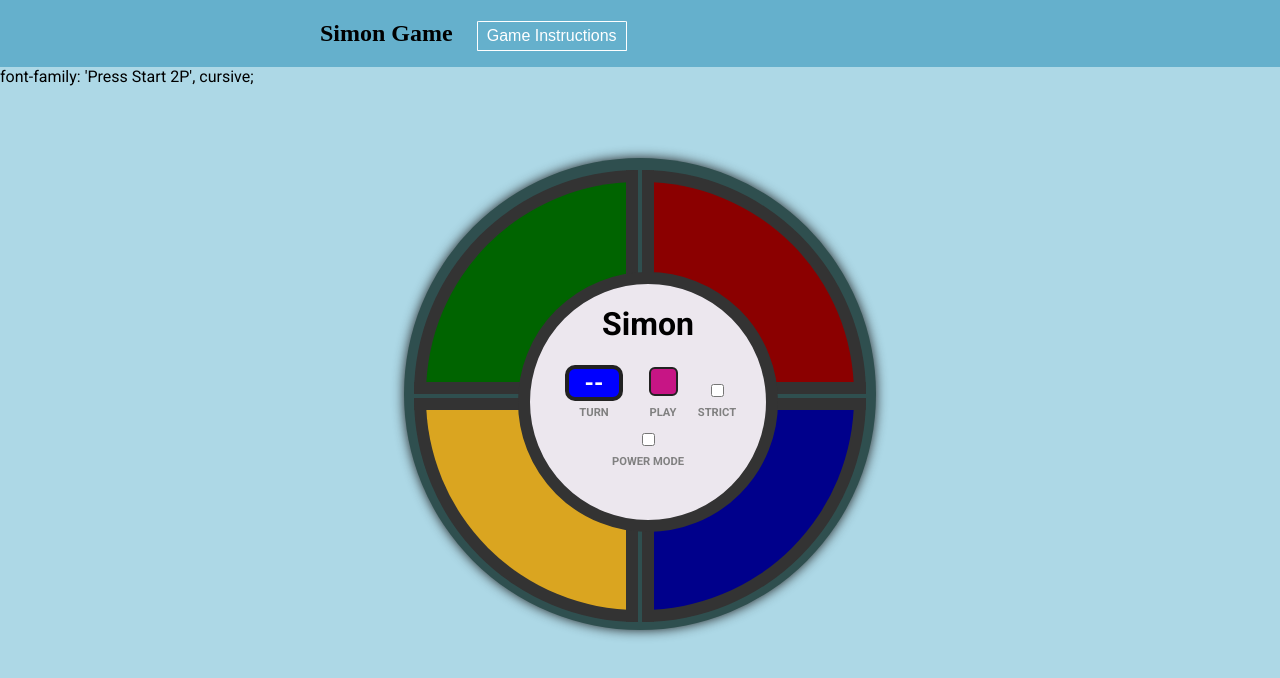
Repository: bbarbara19/memorygame
Page: index.html
The author's editor kept a record of every edit. The page is drawn from the files as they stood at one moment, then again after the next edit.
The browser window is 1280 px wide. The pictures show the whole page.

Above is the page before.

After the next edit:
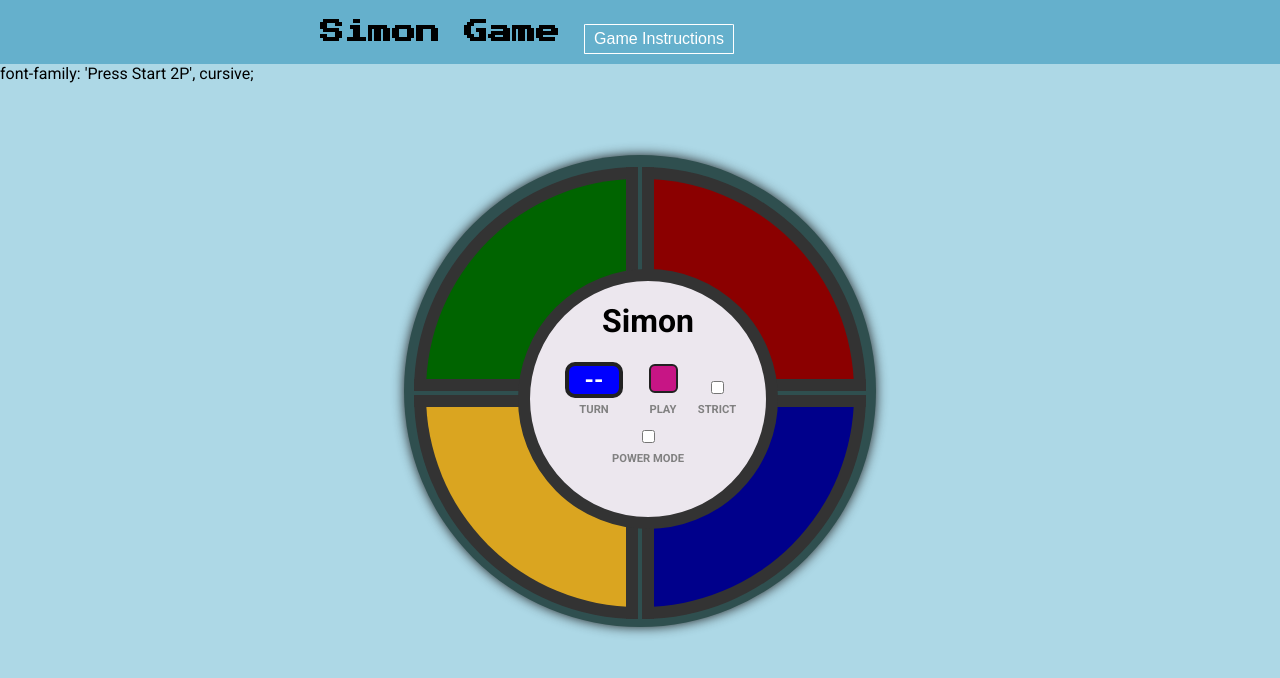
The edit:
--- a/index.html
+++ b/index.html
@@ -19,7 +19,7 @@
 
 <nav>
     <div class="title">
-        <h1 class="inline" style="font-family: 'Font Name', serif;">Simon Game</h1>
+        <h1 class="inline" style="font-family: 'Press Start 2P', cursive;">Simon Game</h1>
         <button class="btn-GameHelp inline" onclick="confirmation();">Game Instructions</button>
     </div>
 </nav>
